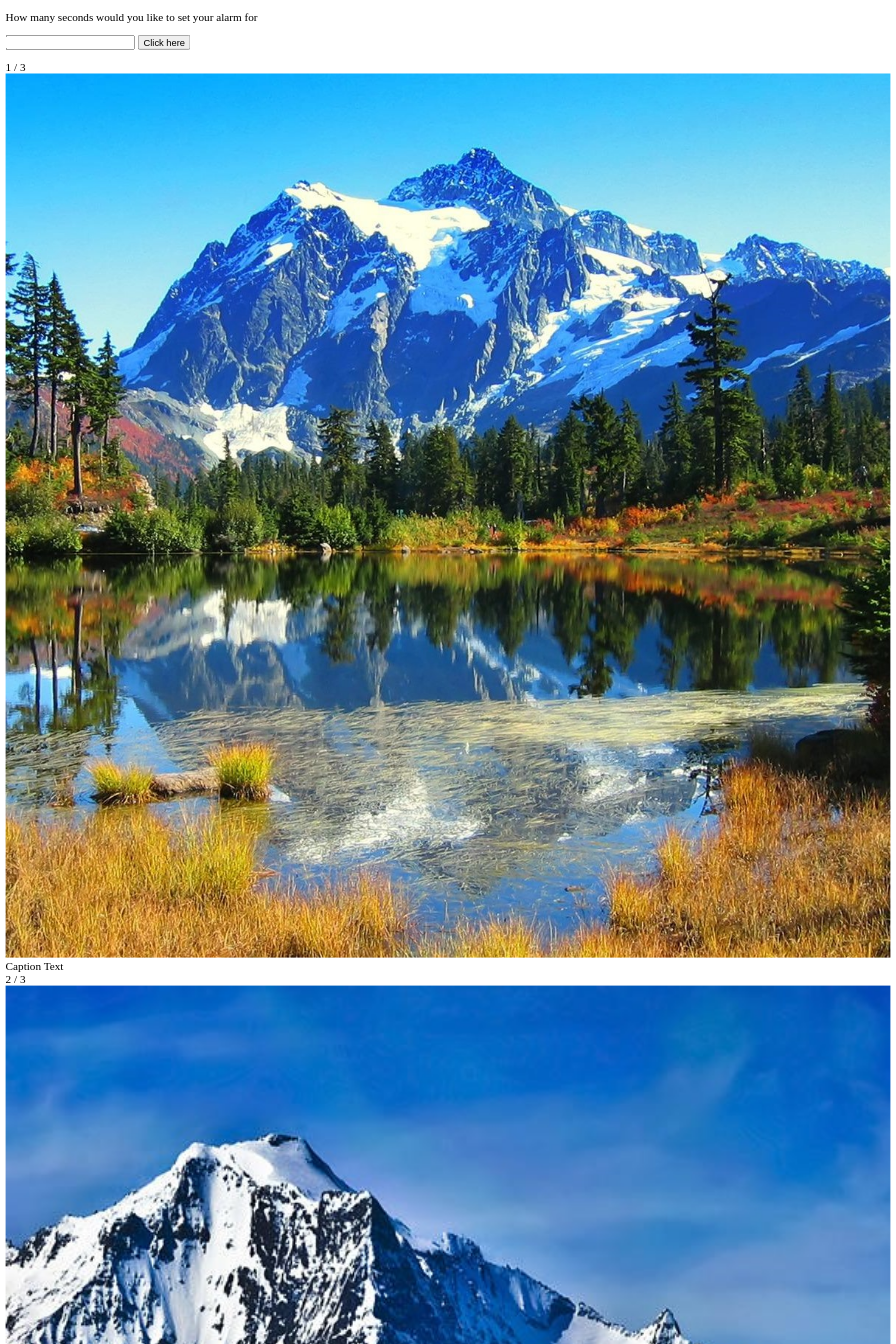
Repository: andyd71/Javascript-Projects
Page: Basic Javascript Projects/Project9_countdown_slideshow/index.html
The author's editor kept a copy of each file at every save. The page is drawn from the files as they stood at one save, then again after the next save.
The browser window is 1280 px wide. The pictures show the part of the page from y = 0 to 1920 px (the page is 4047 px tall before and 2854 px after), at 70% of full size.

Above is the page before, as saved 2021-03-07 12:50:20.
Console error: TypeError: Cannot read properties of undefined (reading 'style')

### Basic Javascript Projects/Project9_countdown_slideshow/index.html
<!doctype html>
<html lang="en">
  <head>
    <!-- Required meta tags -->
    <meta charset="utf-8">
    <meta name="viewport" content="width=device-width, initial-scale=1, shrink-to-fit=no">
    <script src="JS/main.js"></script>
  </head>
  <body>
      <p>How many seconds would you like to set your alarm for</p>
      <input id="seconds" value=""/>
      <button onclick="countdown()">Click here</button>
      <p id="timer"></p>

      <div class="slideshow-container">
        <div class="mySlides fade">
          <div class="numbertext">1 / 3</div>
          <img src="nature.jpg" style="width:100%">
          <div class="text">Caption Text</div>
        </div>

        <div class="mySlides fade">
          <div class="numbertext">2 / 3</div>
          <img src="snow.jpg" style="width:100%">
          <div class="text">Caption Two</div>
        </div>

        <div class="mySlides fade">
          <div class="numbertext">3 / 3</div>
          <img src="mountain.jpg" style="width:100%">
          <div class="text">Caption Three</div>
        </div>

        <a class="prev" onclick="plusSlides(-1)">&#10094;</a>
        <a class="next" onclick="plusSlides(1)">&#10095;</a>
      </div>
      <br>
      <div style="text-align:center">
      <span class="dot" onclick="currentSlide(1)"></span>
      <span class="dot" onclick="currentSlide(2)"></span>
      <span class="dot" onclick="currentSlide(3)"></span>
    </div>




</body>
</html>

### Basic Javascript Projects/Project9_countdown_slideshow/JS/main.js
function countdown() {
    var seconds = document.getElementById("seconds").value;
    function tick() {
        seconds = seconds - 1;
        timer.innerHTML = seconds;
        setTimeout(tick, 1000);
        if(seconds == -1) {
            alert("Times up!");
        }
    }
    tick();
}

var slideIndex = 1;
showSlides(slideIndex);

function plusSlides(n) {
    showSlides(slideIndex += n);
}
function currentSlide(n) {
    showSlides(slideIndex = n);
}
function showSlides(n) {
    var i;
    var slides = document.getElementsByClassName("mySlides");
    var dots = document.getElementsByClassName("dot");
    if (n > slides.length) {slideIndex = 1}
    if (n < 1) {slideIndex = slides.length}
    for (i = 0; i < slides.length; i++) {
     slides[i].style.display = "none";
    }
    for (i = 0; i < dots.length; i++) {
        dots[i].className = dots[i].className.replace(" active", "");
    }
    slides[slideIndex-1].style.display = "block";
    dots[slideIndex-1].className += " active";
}

After the next save:
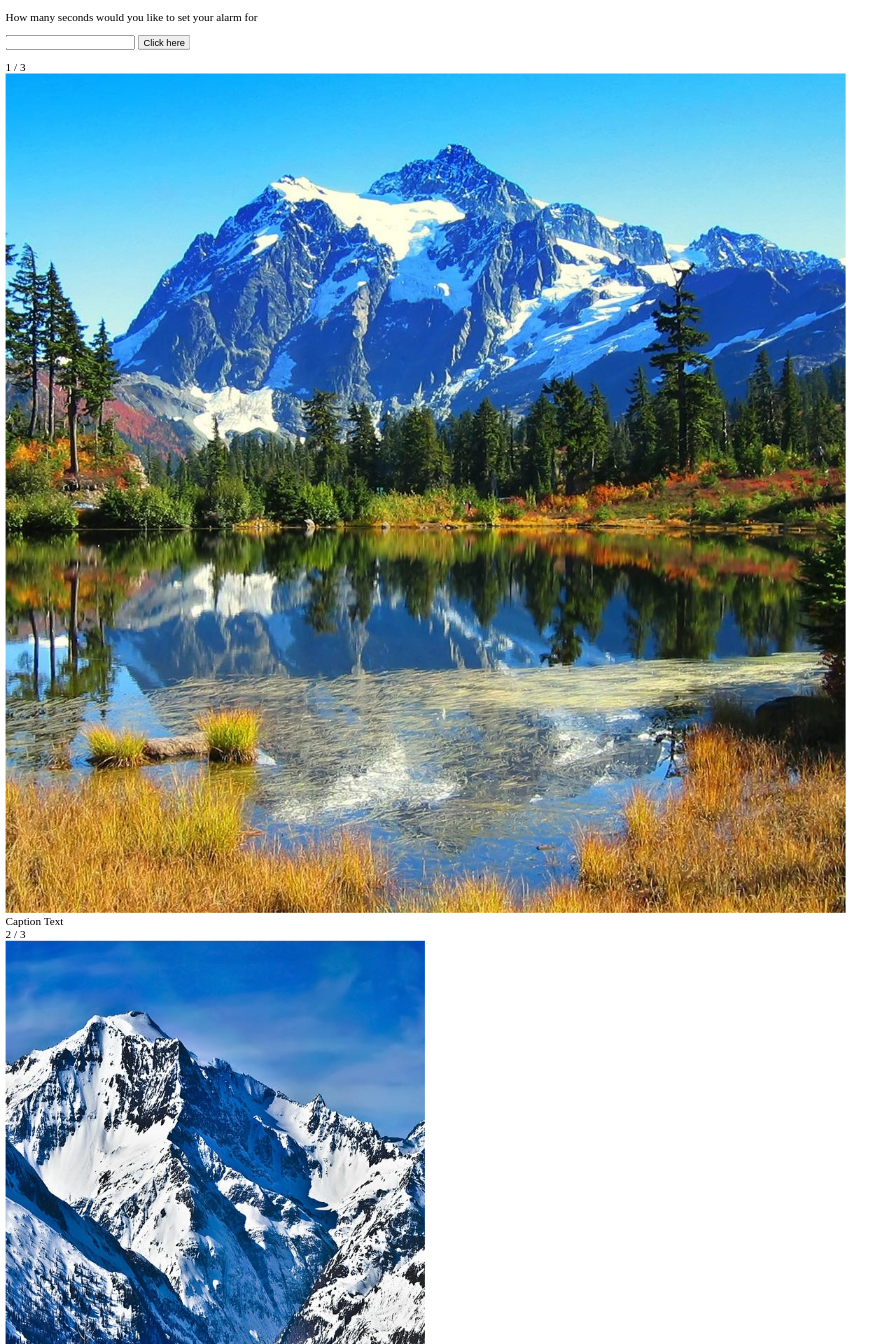
Saved 71 s later.
--- a/Basic Javascript Projects/Project9_countdown_slideshow/index.html
+++ b/Basic Javascript Projects/Project9_countdown_slideshow/index.html
@@ -15,19 +15,19 @@
       <div class="slideshow-container">
         <div class="mySlides fade">
           <div class="numbertext">1 / 3</div>
-          <img src="nature.jpg" style="width:100%">
+          <img src="nature.jpg">
           <div class="text">Caption Text</div>
         </div>
 
         <div class="mySlides fade">
           <div class="numbertext">2 / 3</div>
-          <img src="snow.jpg" style="width:100%">
+          <img src="snow.jpg">
           <div class="text">Caption Two</div>
         </div>
 
         <div class="mySlides fade">
           <div class="numbertext">3 / 3</div>
-          <img src="mountain.jpg" style="width:100%">
+          <img src="mountain.jpg">
           <div class="text">Caption Three</div>
         </div>
 
